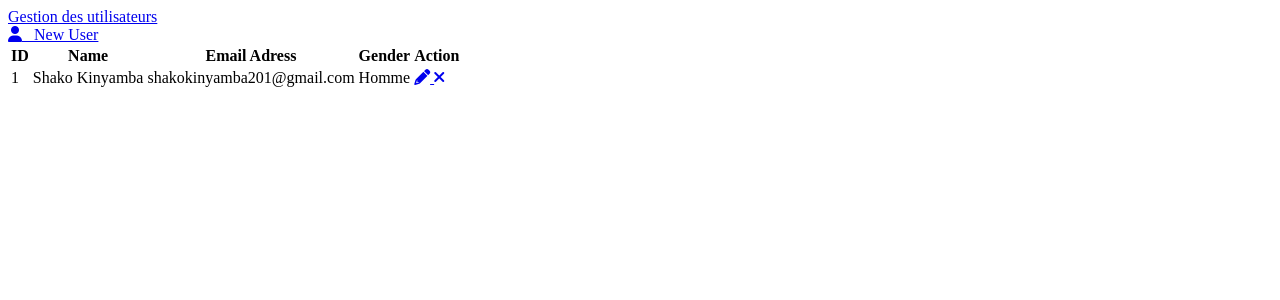
Repository: SKB-TECH/CrudMren
Page: index.html
These files come from the project's save history. The page is drawn as it stood at one moment and after a run of saves; the edit follows.
The browser window is 1280 px wide. The pictures show the whole page.
Some web fonts or font styles are not loaded; a fallback is used.

Above is the page before, as saved 2022-10-05 09:16:17.

### index.html
<!DOCTYPE html>
<html lang="en">
<head>
    <meta charset="UTF-8">
    <meta http-equiv="X-UA-Compatible" content="IE=edge">
    <meta name="viewport" content="width=device-width, initial-scale=1.0">
    <link rel="stylesheet" href="https://cdnjs.cloudflare.com/ajax/libs/font-awesome/6.2.0/css/all.min.css" integrity="sha512-xh6O/CkQoPOWDdYTDqeRdPCVd1SpvCA9XXcUnZS2FmJNp1coAFzvtCN9BmamE+4aHK8yyUHUSCcJHgXloTyT2A==" crossorigin="anonymous" referrerpolicy="no-referrer" />
    <link rel="stylesheet" href="./assets/css/style.css">
    <title>CRUD APPLICATION</title>
</head>
<body>
    <!-- Header -->
    <header id="header">
        <nav>
            <div class="container">
                <div class="text-center">
                    <a href="/">Gestion des utilisateurs</a>
                </div>
            </div>
        </nav>
    </header>
    <!-- /Header -->

    <!-- Main  -->
        <main id="site-main">
          <div class="container">
            <div class="box-nav d-flex-justify=between ">
                <a href="/add-user" class="border-shadow">
                    <span class="text-gradient"><i class="fas fa-user"></i> &nbsp; New User</span>
                </a>
            </div>
          </div>
        </main>
    <!-- /Main -->

    <!-- Form handling -->
        <form action="/" method="POST">
            <table class="table">
                <thead class="thead-dark">
                    <tr>
                        <th>ID</th>
                        <th>Name</th>
                        <th>Email Adress</th>
                        <th>Gender</th>
                        <th>Action</th>
                    </tr>
                    <tbody>
                        <tr>
                            <td>1</td>
                            <td>Shako Kinyamba</td>
                            <td>shakokinyamba201@gmail.com</td>
                            <td>Homme</td>
                            <td>
                                <a href="#" class="btn border-shadow update">
                                    <span class="text-gradient">
                                        <i class="fas fa-pencil-alt"></i>
                                    </span>
                                </a>

                                <a href="#" class="btn border-shadow delete">
                                    <span class="text-gradient">
                                        <i class="fas fa-times"></i>
                                    </span>
                                </a>
                            </td>
                        </tr>
                    </tbody>
                </thead>
            </table>
        </form>
    <!-- /Form handling -->
</body>
</html>

### assets/css/style.css
@import url('https://fonts.googleapis.com/css2?family=Barlow&family=PT+Sans&display=swap');

/* font-family: 'Barlow', sans-serif;
font-family: 'PT Sans', sans-serif; */

:root{
    --dark:#2b2d42;
    --light:#adb5bd;
    --border:#dee2e6;
    --border-btn:#edf2f4
}

*{
    p
}

After the next 5 saves:
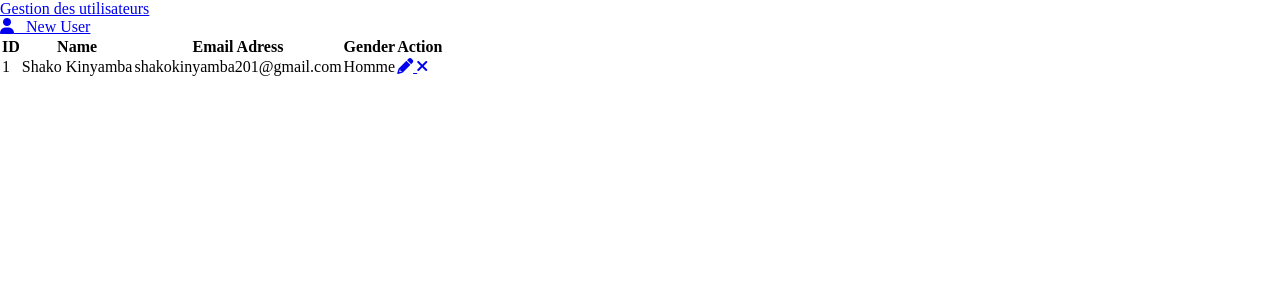
The 5 saves are shown as one change because they came seconds apart.
The last was saved 13 s later.
--- a/assets/css/style.css
+++ b/assets/css/style.css
@@ -11,5 +11,7 @@ font-family: 'PT Sans', sans-serif; */
 }
 
 *{
-    p
+    padding: 0;
+    margin: 0;
+    box-sizing: border-box;
 }
